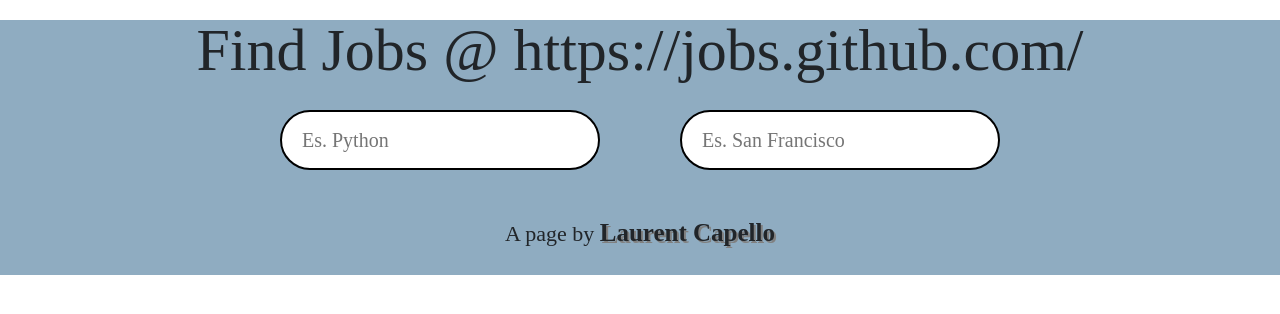
Repository: sokafootball/job-finder
Page: /
An editor plug-in stored every save of this project. The page is shown before and after a run of saves, followed by the edit.
The browser window is 1280 px wide. The pictures show the whole page.
The page's requests for data from a server got no answer. The project was rebuilt for these pictures with package versions that can differ from the ones it lists, and the page was loaded fresh each time. No one was signed in, and anything a server would have sent is missing. Also part of the build but not shown: src/components/JobCard/JobCard.css, src/components/JobCard/JobCard.js.

Above is the page before, as saved 2020-10-23 12:16:50.

After the next 2 saves:
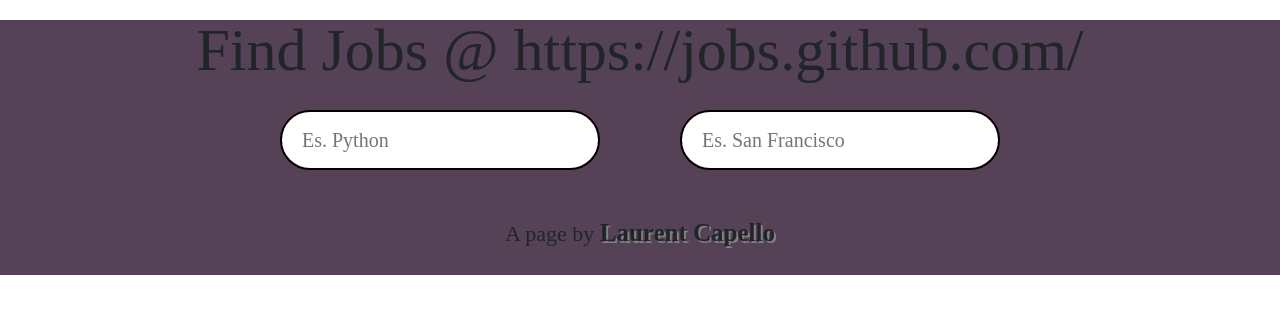
The 2 saves are shown as one change because 1 did not build or start.
The last was saved 26 s later.
--- a/src/components/App/App.js
+++ b/src/components/App/App.js
@@ -13,7 +13,7 @@
   }
 
   return (
-    <div id="main-div" style={{backgroundColor: "hsl(206, 29%, 66%)"}}>
+    <div id="main-div">
       <Header />
       <MainContent />
       <Footer />
